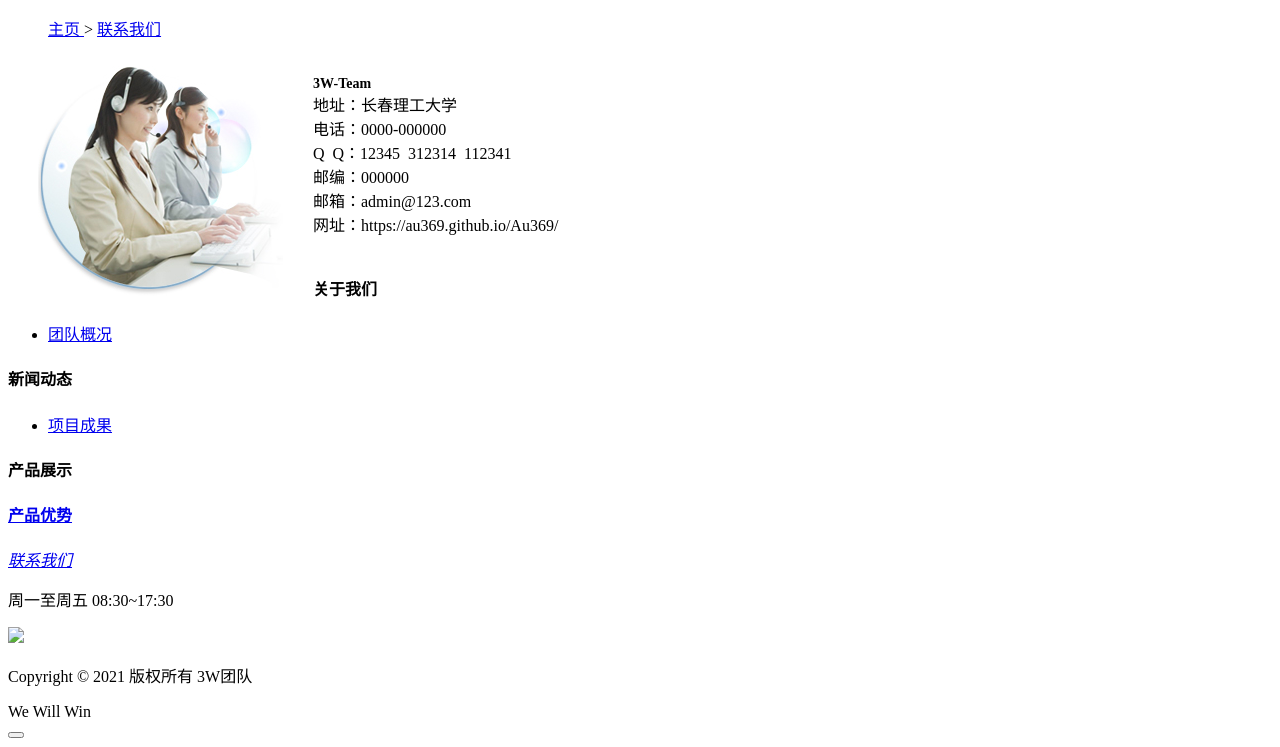
Repository: Au369/Au369
Page: contact.html
These files come from the project's save history. The page is drawn as it stood at one moment and after the next save; the edit follows.
The browser window is 1280 px wide. The pictures show the part of the page from y = 508 to 1255 px (the page is 1255 px tall).
The page's requests for data from a server got no answer.

Above is the page before, as saved 2021-06-07 11:30:17.

After the next save:
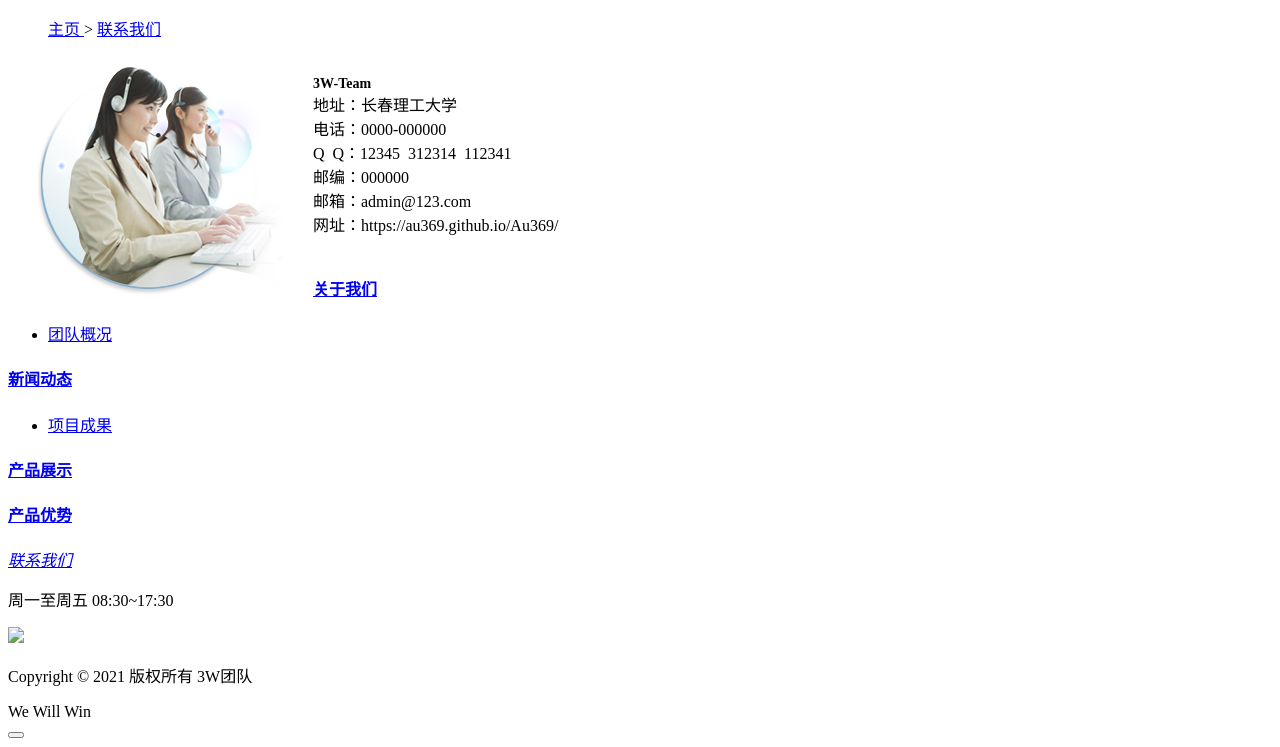
Saved 11 s later.
--- a/contact.html
+++ b/contact.html
@@ -200,16 +200,18 @@
                 </div>
             </div>
         </section>
-             <div class="met-footnav text-center">
+           <div class="met-footnav text-center">
             <div class="container">
                 <div class="row mob-masonry">
                     <div class="col-md-2 col-sm-3 col-xs-6 list masonry-item">
                         <h4>
+                          <a href="about.html" title="关于我们">
                             关于我们
+                            </a>
                         </h4>
                         <ul>
                             <li>
-                                <a href="#" title="团队概况">
+                                <a href="about.html" title="团队概况">
                                    团队概况
                                 </a>
                             </li>
@@ -218,11 +220,13 @@
                     </div>
                     <div class="col-md-2 col-sm-3 col-xs-6 list masonry-item">
                         <h4>
+                        <a href="news.html" title="新闻动态">
                             新闻动态
+                        </a>
                         </h4>
                         <ul>
                             <li>
-                                <a href="#" title="项目成果">
+                                <a href="news.html" title="项目成果">
                                     项目成果
                                 </a>
                             </li>
@@ -231,7 +235,9 @@
                     </div>
                     <div class="col-md-2 col-sm-3 col-xs-6 list masonry-item">
                         <h4>
+                        <a href="case.html" title="产品展示">
                             产品展示
+                        </a>
                         </h4>
                         <!--
                         <ul>
